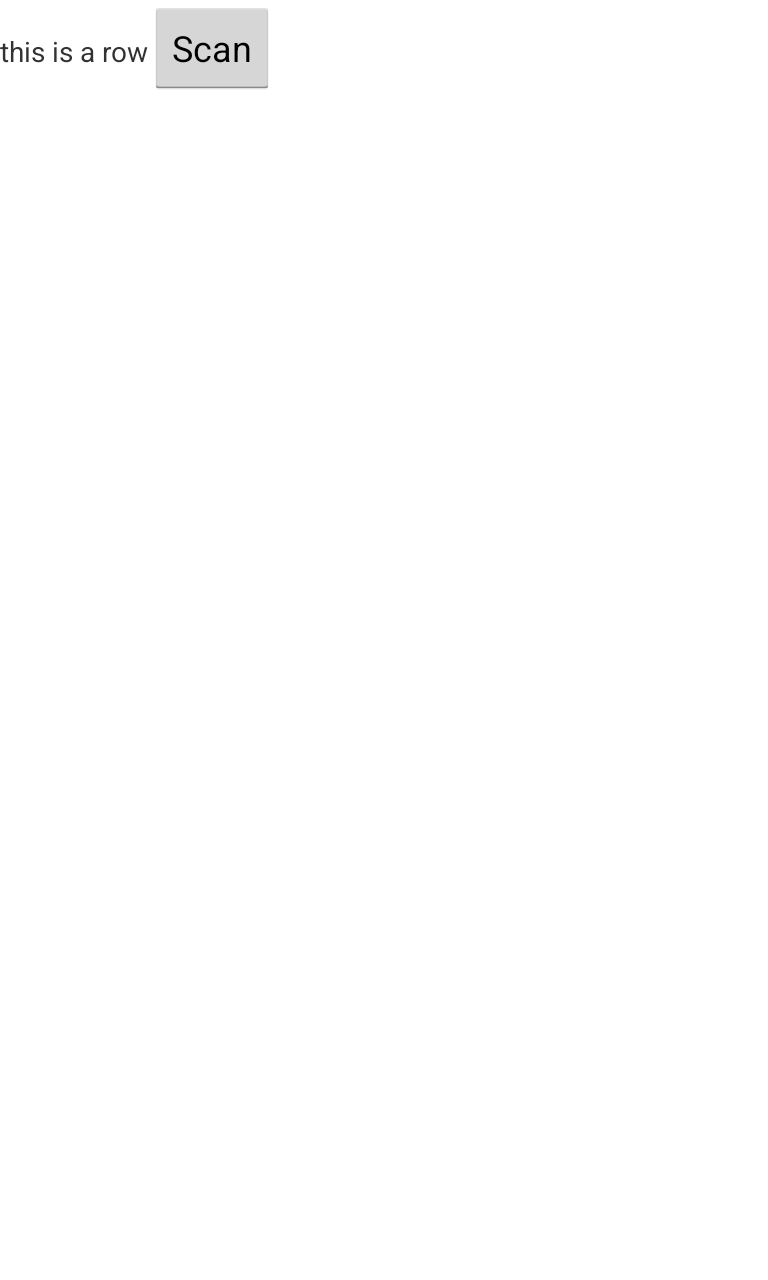
Repository: harvard-lil/wtwba-android-app
Layout: wtwba/res/layout/activity_main.xml
The author's editor kept a copy of each file at every save. The layout is drawn from the files as they stood at one save, then again after the next save.
It is drawn on a 768 x 1280 px phone screen (xhdpi) without system bars, with theme AppTheme; the app's code is not run.

Above is the layout before, as saved 2013-03-06 19:56:56.

After the next save:
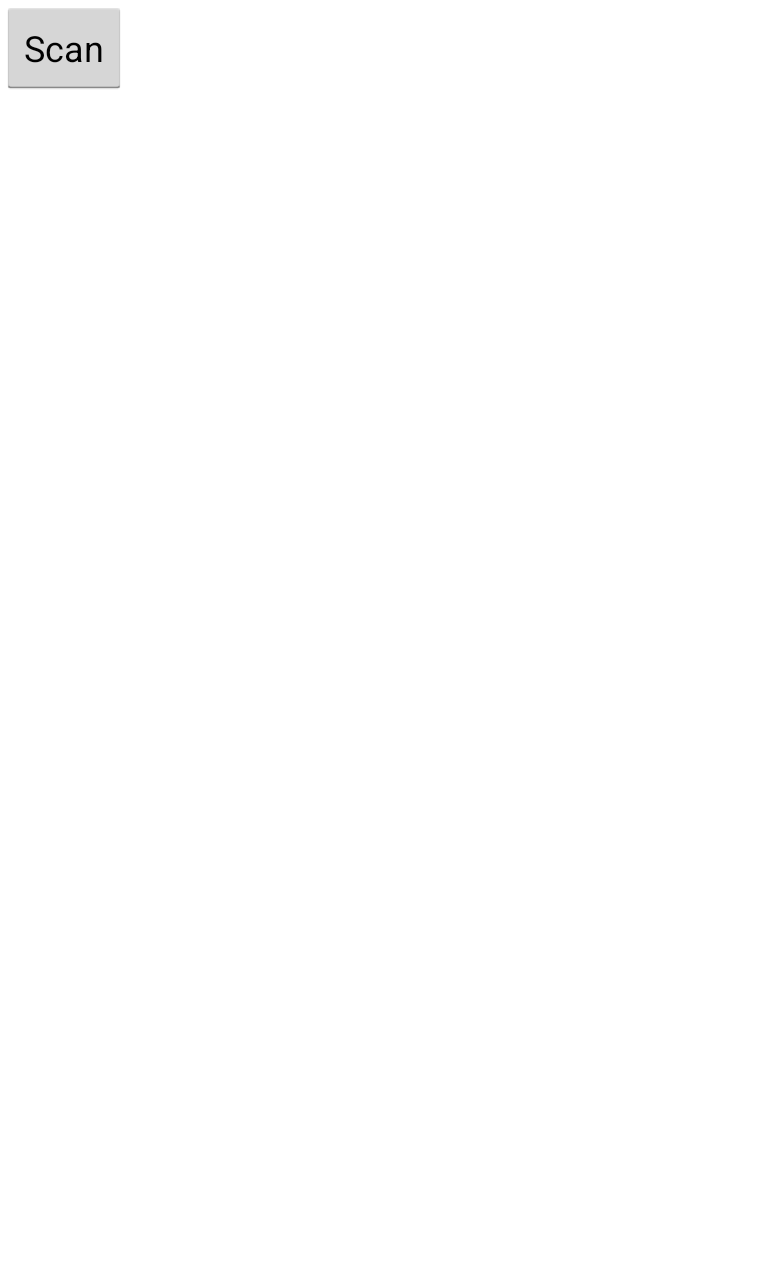
Saved 7 s later.
--- a/wtwba/res/layout/activity_main.xml
+++ b/wtwba/res/layout/activity_main.xml
@@ -3,11 +3,6 @@ android:layout_width="fill_parent"
 android:layout_height="fill_parent"
 xmlns:android="http://schemas.android.com/apk/res/android">
 
- <TextView android:text="this is a row"
-     android:id="@+id/tvViewRow"
-     android:layout_width="wrap_content"
-     android:layout_height="wrap_content">
- </TextView>
 <Button
         android:layout_width="wrap_content"
         android:layout_height="wrap_content"
